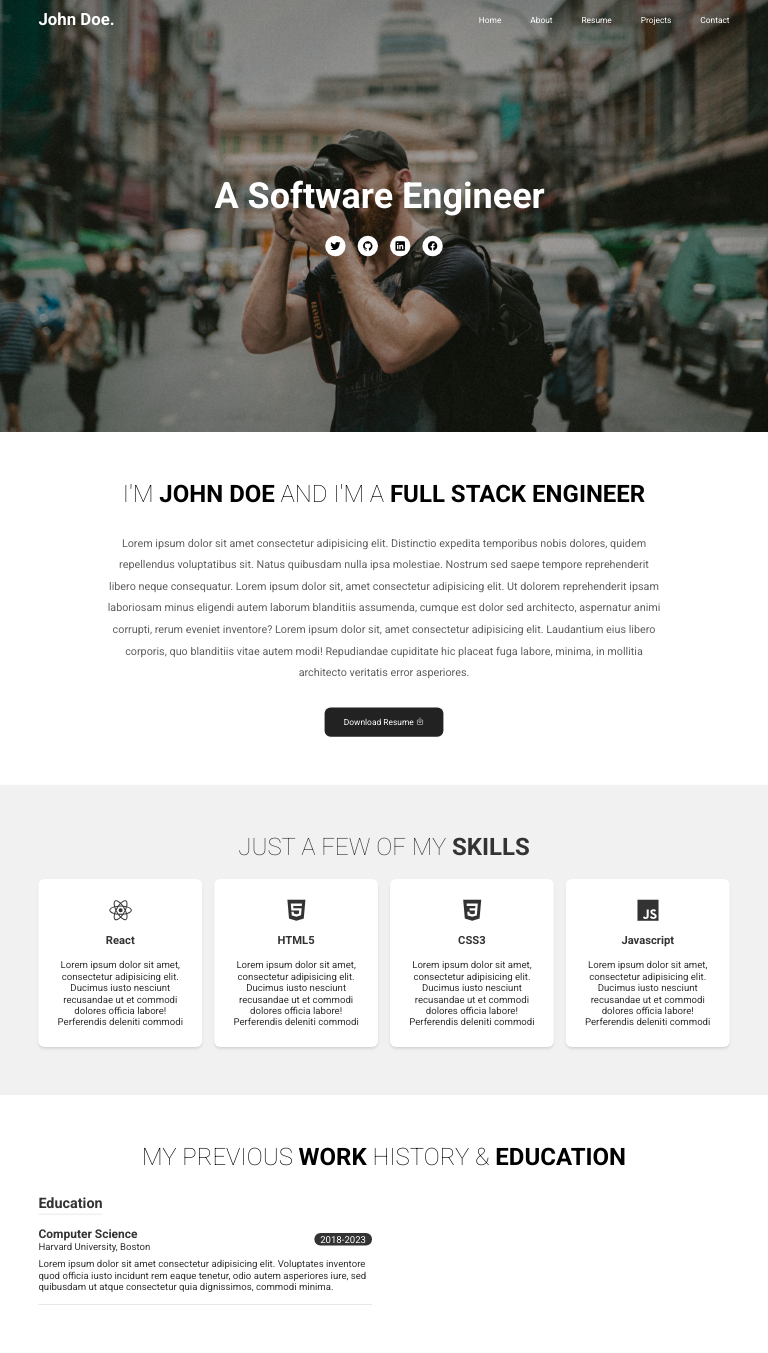
Repository: DevAntonioRogers/portfolio-tutorial
Page: index.html
The author's editor kept a copy of each file at every save. The page is drawn from the files as they stood at one save, then again after the next save.
The browser window is 1280 px wide. The pictures show the whole page, at 60% of full size.
Backgrounds fixed to the window are drawn as part of the page.

Above is the page before, as saved 2023-11-01 07:24:08.

After the next save:
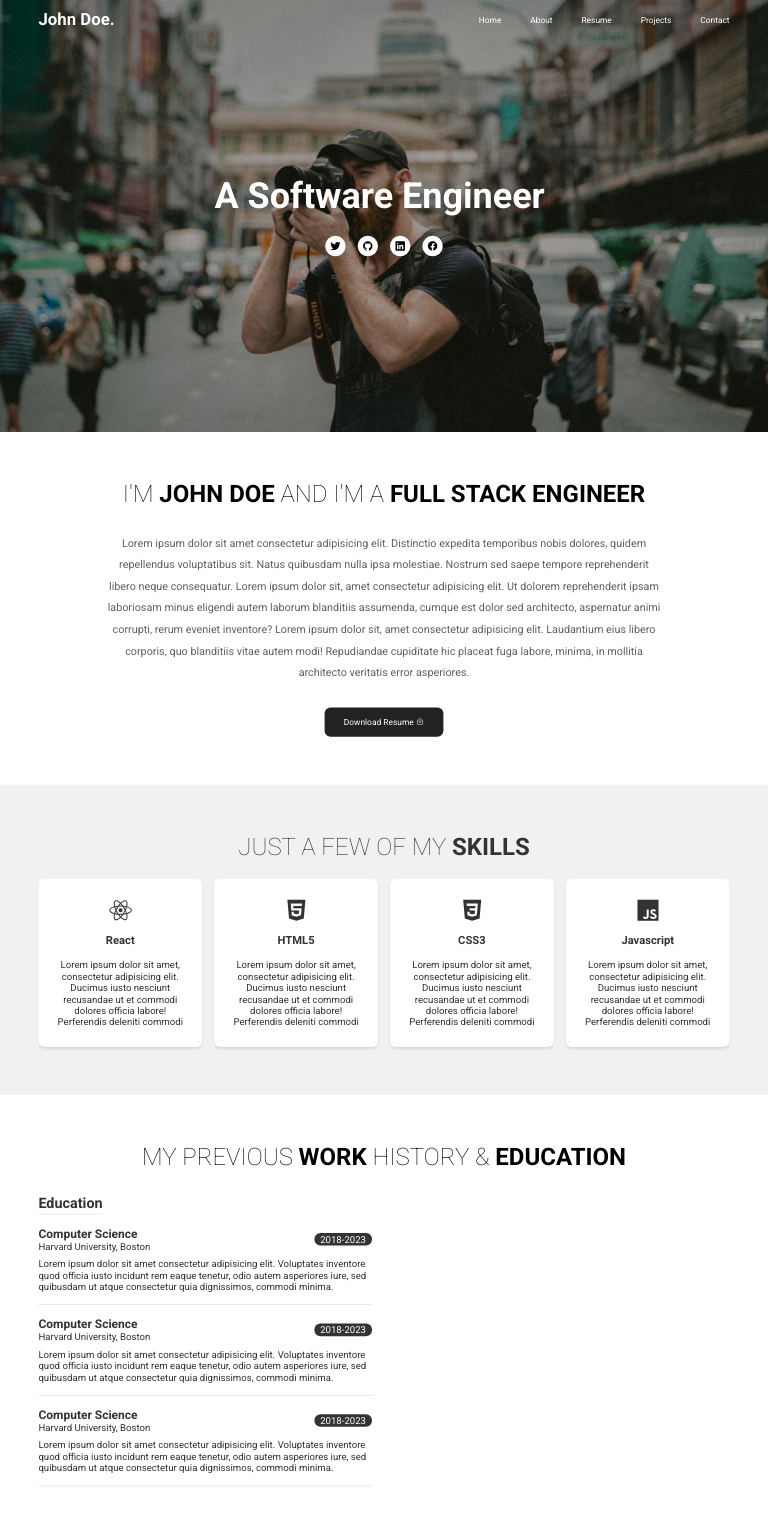
Saved 26 s later.
--- a/index.html
+++ b/index.html
@@ -209,6 +209,40 @@
                   dignissimos, commodi minima.
                 </p>
               </article>
+              <article>
+                <div class="card-header">
+                  <div class="card-header-info">
+                    <p>Computer Science</p>
+                    <p>Harvard University, Boston</p>
+                  </div>
+                  <span>2018-2023</span>
+                </div>
+                <p class="card-info">
+                  Lorem ipsum dolor sit amet consectetur
+                  adipisicing elit. Voluptates inventore
+                  quod officia iusto incidunt rem eaque
+                  tenetur, odio autem asperiores iure, sed
+                  quibusdam ut atque consectetur quia
+                  dignissimos, commodi minima.
+                </p>
+              </article>
+              <article>
+                <div class="card-header">
+                  <div class="card-header-info">
+                    <p>Computer Science</p>
+                    <p>Harvard University, Boston</p>
+                  </div>
+                  <span>2018-2023</span>
+                </div>
+                <p class="card-info">
+                  Lorem ipsum dolor sit amet consectetur
+                  adipisicing elit. Voluptates inventore
+                  quod officia iusto incidunt rem eaque
+                  tenetur, odio autem asperiores iure, sed
+                  quibusdam ut atque consectetur quia
+                  dignissimos, commodi minima.
+                </p>
+              </article>
             </div>
           </div>
         </div>
